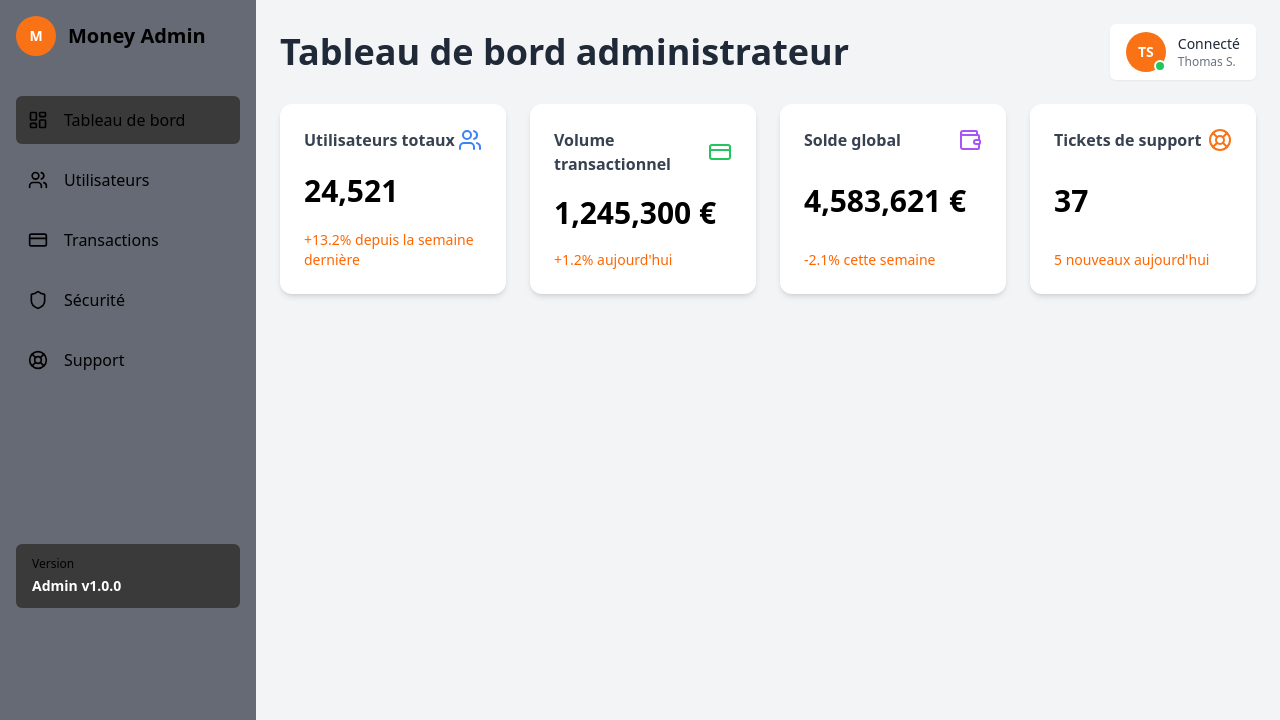
Repository: Edongo999/Dashboard
Page: /
The author's editor kept a copy of each file at every save. The page is drawn from the files as they stood at one save, then again after the next save.
The browser window is 1280 px wide. The pictures show the whole page.
The project was rebuilt for these pictures with package versions that can differ from the ones it lists, and the page was loaded fresh each time. Also part of the build but not shown: vite.config.ts.

Above is the page before, as saved 2025-10-13 14:32:19.

After the next save:
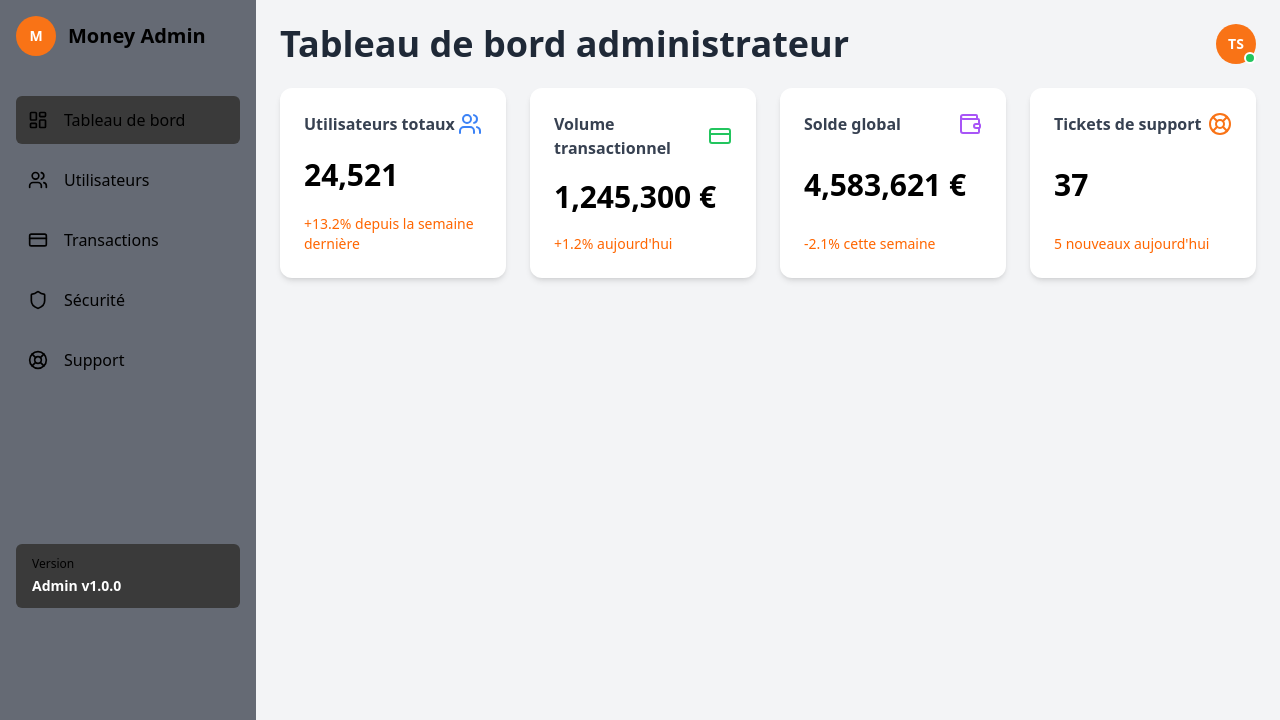
Saved 95 s later.
--- a/src/App.tsx
+++ b/src/App.tsx
@@ -41,29 +41,22 @@ const App = () => {
         className="flex-1 overflow-auto p-6"
         style={{ backgroundColor: "#F3F4F6" }}
       >
-        {/* Ligne titre + bloc connecté */}
+        {/* Ligne titre + avatar connecté */}
         <div className="flex items-center justify-between mb-6">
-          {/* Titre */}
           <h1 className="text-4xl font-bold text-gray-800">
             Tableau de bord administrateur
           </h1>
 
-          {/* Bloc connecté */}
-          <div className="flex items-center gap-3 bg-white px-4 py-2 rounded-md shadow-sm">
-            <div className="relative">
-              <div className="w-10 h-10 rounded-full bg-orange-500 text-white flex items-center justify-center font-bold text-sm">
-                TS
-              </div>
-              <span className="absolute bottom-0 right-0 w-3 h-3 rounded-full border-2 border-white bg-green-500" />
+          {/* Avatar TS avec point vert */}
+          <div className="relative">
+            <div className="w-10 h-10 rounded-full bg-orange-500 text-white flex items-center justify-center font-bold text-sm">
+              TS
             </div>
-            <div>
-              <p className="text-sm font-medium text-gray-800">Connecté</p>
-              <p className="text-xs text-gray-500">Thomas S.</p>
-            </div>
+            <span className="absolute bottom-0 right-0 w-3 h-3 rounded-full border-2 border-white bg-green-500" />
           </div>
         </div>
 
-        {/* Cartes KPI responsive */}
+        {/* Cartes KPI */}
         <div className="grid grid-cols-1 sm:grid-cols-2 lg:grid-cols-4 gap-6 mb-6">
           {kpis.map((kpi, i) => (
             <StatBlock key={i} {...kpi} />
